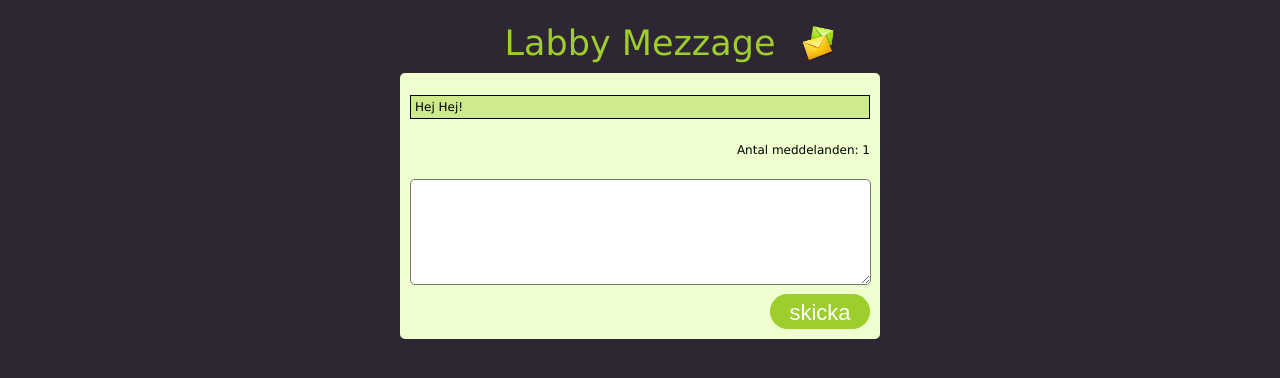
Repository: ad222kr/1dv403-laborationer
Page: 2-labbymezzage/index.html
The author's editor kept a record of every edit. The page is drawn from the files as they stood at one moment, then again after the next edit.
The browser window is 1280 px wide. The pictures show the whole page.

Above is the page before.

### 2-labbymezzage/index.html
<!DOCTYPE HTML>
<html lang="sv">
    <head>
        <meta charset="UTF-8" />
        <title>Laboration 2 - Labby Mezzage!</title>
        <link rel="stylesheet" href="css/style.css" />
        <script src="js/Message.js"></script>
        <script src="js/MessageBoard.js"></script>

    </head>

    <body>
        <div id ="container">
            <header><h1>Labby Mezzage</h1></header>
            <div id="content">
                <div id="messages"><p class="message">Hej Hej!</p></div>

                <div id="numberofmess"><p>Antal meddelanden: 1</p></div>
                <form id="form">
                    <textarea id="textarea" name="textarea"></textarea>
                <button id="button" type="button">skicka</button>
                </form>





            </div>
        </div>

    </body>
</html>

### 2-labbymezzage/css/style.css
body{
    background-color: #2E2633; /* Ändra sen */
    font-family: Verdana, Helvetica;

}

h1{

    color:#9dce2c;
    font-size: 35px;
    font-weight: normal;
}
p{
    color: black;
}

header{
    background-image: url("pics/logo.png");
    background-size: 35px 35px;
    background-repeat: no-repeat;
    background-position: 90%;
    text-align: center;
    height: 40px;
    line-height: 40px;
    margin-bottom:10px;
}

#container{
    width: 480px;
    margin: 0px auto;
}

#content{
    background: #EFFFCD;
    border-color: #000000;
    padding: 10px;
    border-radius: 5px;
    -webkit-border-radius: 5px;
    -moz-border-radius: 5px;


}

#content textarea{
    width: 455px;
    height: 100px;
    -webkit-border-radius: 5px;
    -moz-border-radius: 5px;
    border-radius: 5px;
    margin-top:20px;
}

#button{
    border: 0px;
	background-color:#9dce2c;
	-webkit-border-top-left-radius:42px;
	-moz-border-radius-topleft:42px;
	border-top-left-radius:42px;
	-webkit-border-top-right-radius:42px;
	-moz-border-radius-topright:42px;
	border-top-right-radius:42px;
	-webkit-border-bottom-right-radius:42px;
	-moz-border-radius-bottomright:42px;
	border-bottom-right-radius:42px;
	-webkit-border-bottom-left-radius:42px;
	-moz-border-radius-bottomleft:42px;
	border-bottom-left-radius:42px;
	display:inline-block;
	color:#ffffff;
	font-size:22px;
	font-weight:normal;
	font-style:normal;
	height:35px;
	line-height:35px;
	width:100px;
	text-decoration:none;
	text-align:center;
	margin-left: 360px;
	margin-top: 5px;
}

#button:hover{
    background:-webkit-gradient( linear, left top, left bottom, color-stop(0.05, #8cb82b), color-stop(1, #9dce2c) );
	background:-moz-linear-gradient( center top, #8cb82b 5%, #9dce2c 100% );
	background-color:#8cb82b;
}

#button:active{
    position: relative;
    top: 1px;
}

#numberofmess{
    color: black;
    font-size: 12px;
    float: right;
    margin-bottom: -10px;
}

.message{
    font-size: 12px;
    border: solid 1px;
    background: #cdeb8b;
    padding: 4px;
}

### 2-labbymezzage/js/Message.js
"use strict";
function Message(message, date){


    this.getText = function(){
        return message;
    };
    this.setText = function(_text){
        message = _text;
    };
    this.getDate = function(){
        return date;
    };
    this.setDate = function(_date){
        date = _date;
    };
}

Message.prototype.getDateText = function(){
    // Hittade på http://stackoverflow.com/a/3067896

    var date = this.getDate();
    var year = date.getFullYear().toString();
    var month = (date.getMonth()+1).toString();
    var day  = date.getDate().toString();
    var dateText = year + "-" + (month.length === 2  ? month : "0" + month[0]) + "-" +(day.length === 2 ? day : "0" + day[0]);
    return dateText;

};
Message.prototype.toString = function(){
    return this.getText() +" (" + this.getDate() + " )";
};
Message.prototype.getHTMLtext = function(){
    var htmlText = this.getText();
    return htmlText.replace(/\n/g, "<br />");
};

### 2-labbymezzage/js/MessageBoard.js
"use strict";
var MessageBoard = {


    messages: [],

    init: function(){

        var button = document.getElementById("button");



        button.addEventListener("click", MessageBoard.createMessage, false);
        button.addEventListener("click", MessageBoard.messageCount, false);

    },

    messageCount: function(){

        var count = MessageBoard.messages.length;
        var div = document.getElementById("numberofmess");
        div.innerHTML = "";
        var text = document.createElement("p");
        text.innerHTML = "Antal meddelanden: " + count;
        div.appendChild(text);

    },

    createMessage: function(){

        var input = document.getElementById("textarea").value;
        var mess = new Message(input, new Date());
        MessageBoard.messages.push(mess);
        MessageBoard.renderMessage(MessageBoard.messages.length - 1);

        document.getElementById("form").reset();
        return false;
    },

    renderMessage: function(messageID){
        // Sätter ref till #messages, skapar p-tag och sätter klass till .message
        var div = document.getElementById("messages");
        var messageDiv = document.createElement("div");
        var text = document.createElement("p");
        var time = document.createElement("p");
        messageDiv.id = "message";
        text.className = "msgtext";
        time.className = "timestamp";
        div.appendChild(messageDiv);
        messageDiv.appendChild(text);
        messageDiv.appendChild(time);


        //Skickar in meddelandet till dokumentet
        text.innerHTML = MessageBoard.messages[messageID].getHTMLtext();
        time.innerHTML = MessageBoard.messages[messageID].getDateText();

    },

    renderMessages: function(){
        // Resettar och skriver ut alla meddelanden
        document.getElementById("messages").innerHTML ="";
        for(var i = 0; i < MessageBoard.messages.length; i++){
            MessageBoard.renderMessage(i);
        }
    }
};

window.onload = MessageBoard.init;

After the next edit:
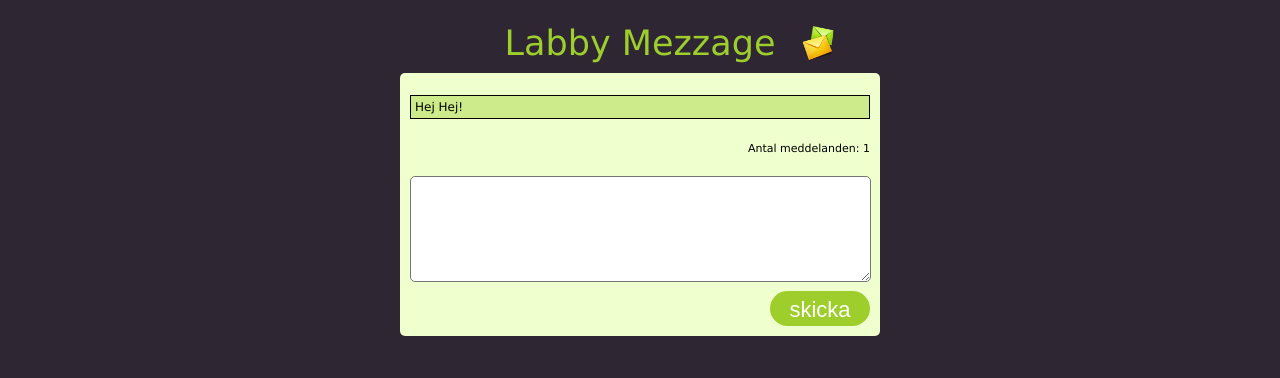
The edit:
--- a/2-labbymezzage/css/style.css
+++ b/2-labbymezzage/css/style.css
@@ -92,7 +92,7 @@
 
 #numberofmess{
     color: black;
-    font-size: 12px;
+    font-size: 11px;
     float: right;
     margin-bottom: -10px;
 }
